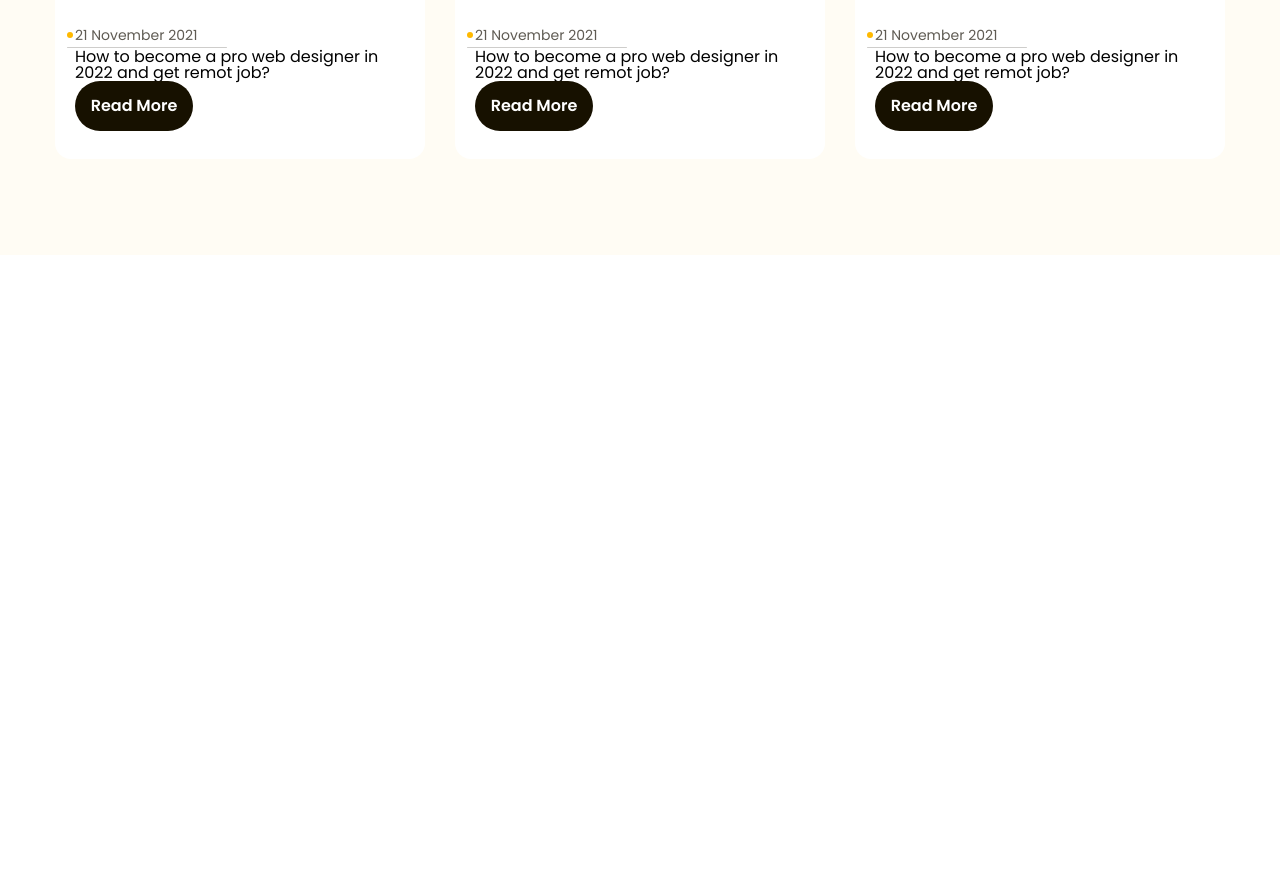
Repository: empty24062002/f8-htmlcss-02-pratice
Page: index.html
The author's editor kept a copy of each file at every save. The page is drawn from the files as they stood at one save, then again after the next save.
The browser window is 1280 px wide. The pictures show the part of the page from y = 4302 to 5187 px (the page is 5187 px tall).
A picture or video elsewhere on the page could not be fetched, so the positions and the page height are approximate.

Above is the page before, as saved 2023-07-20 09:51:03.

After the next save:
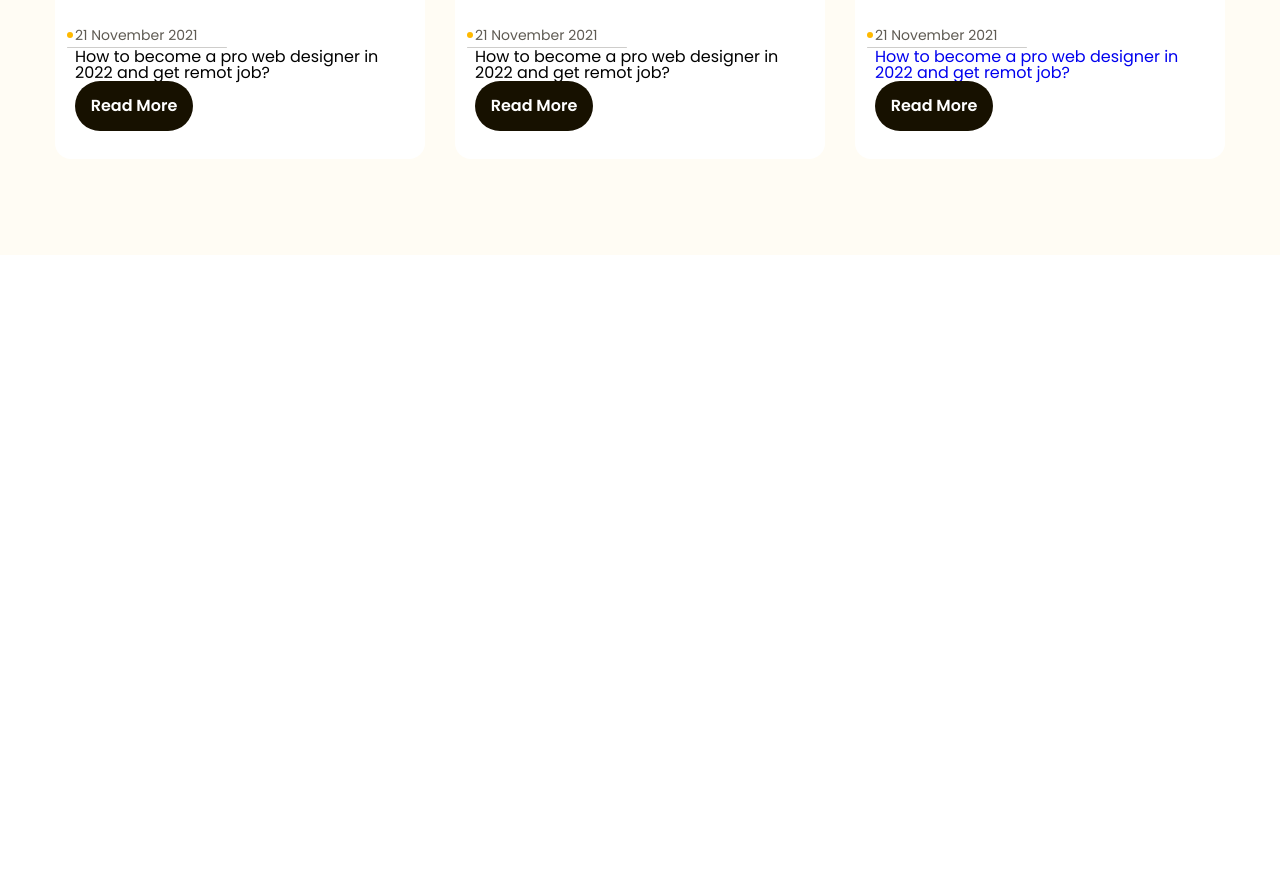
Saved 1 s later.
--- a/index.html
+++ b/index.html
@@ -513,10 +513,12 @@
                                 </a>
                                 <div class="info">
                                     <span class="date">21 November 2021</span>
-                                    <p class="desc">
-                                        How to become a pro web designer in 2022
-                                        and get remot job?
-                                    </p>
+                                    <a href="#!">
+                                        <p class="title">
+                                            How to become a pro web designer in
+                                            2022 and get remot job?
+                                        </p>
+                                    </a>
                                     <a href="" class="btn">Read More</a>
                                 </div>
                             </div>
